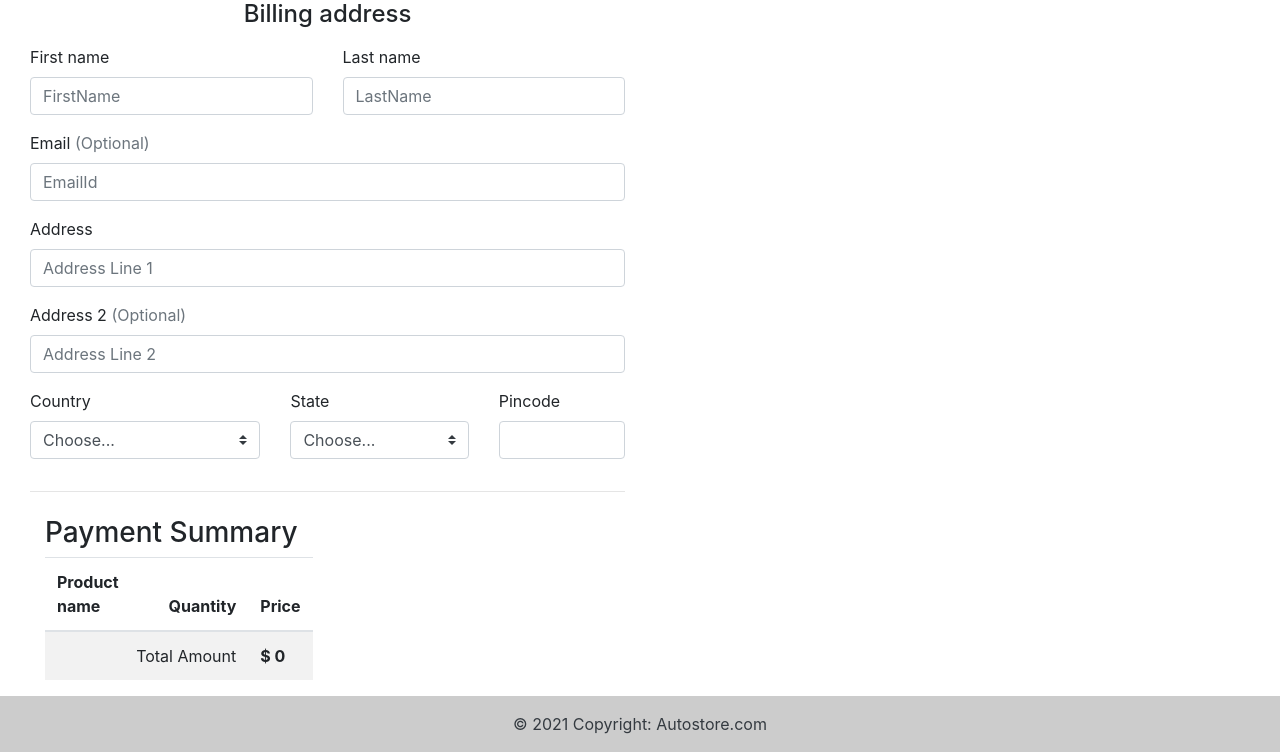
Repository: pravinsakthivel/ecommerce
Page: /checkout
These files come from the project's save history. The page is drawn as it stood at one moment and after the next save; the edit follows.
The browser window is 1280 px wide. The pictures show the whole page.
The project was rebuilt for these pictures with package versions that can differ from the ones it lists, and the page was loaded fresh each time. Also part of the build but not shown: src/components/UI/BaseButton.vue, src/components/ProductItem.vue, src/components/UI/ShoppingCartIcon.vue, src/components/UI/NavigationBar.vue, src/components/UI/SearchBar.vue, src/components/ProductDescriptionModal.vue, src/components/ProductList.vue, src/components/CartList.vue and 5 more.

Above is the page before, as saved 2021-04-10 22:15:49.

After the next save:
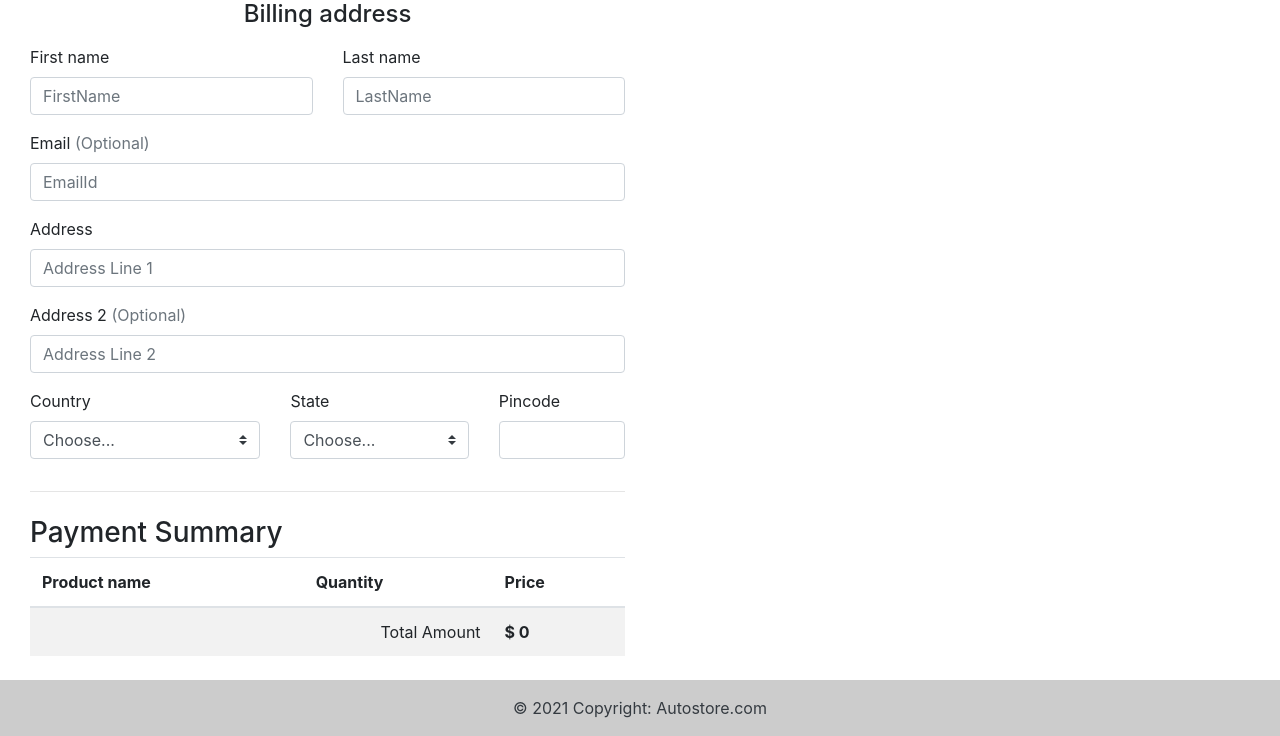
Saved 29 s later.
--- a/src/components/CheckoutPage.vue
+++ b/src/components/CheckoutPage.vue
@@ -90,9 +90,10 @@
         </div>
         <hr class="mb-4" />
       </form>
-      <div class="col-md-6">
+
+    </div>
+    <div class="col-md-6">
       <payment-details></payment-details>
-    </div>
     </div>
 
   </div>
